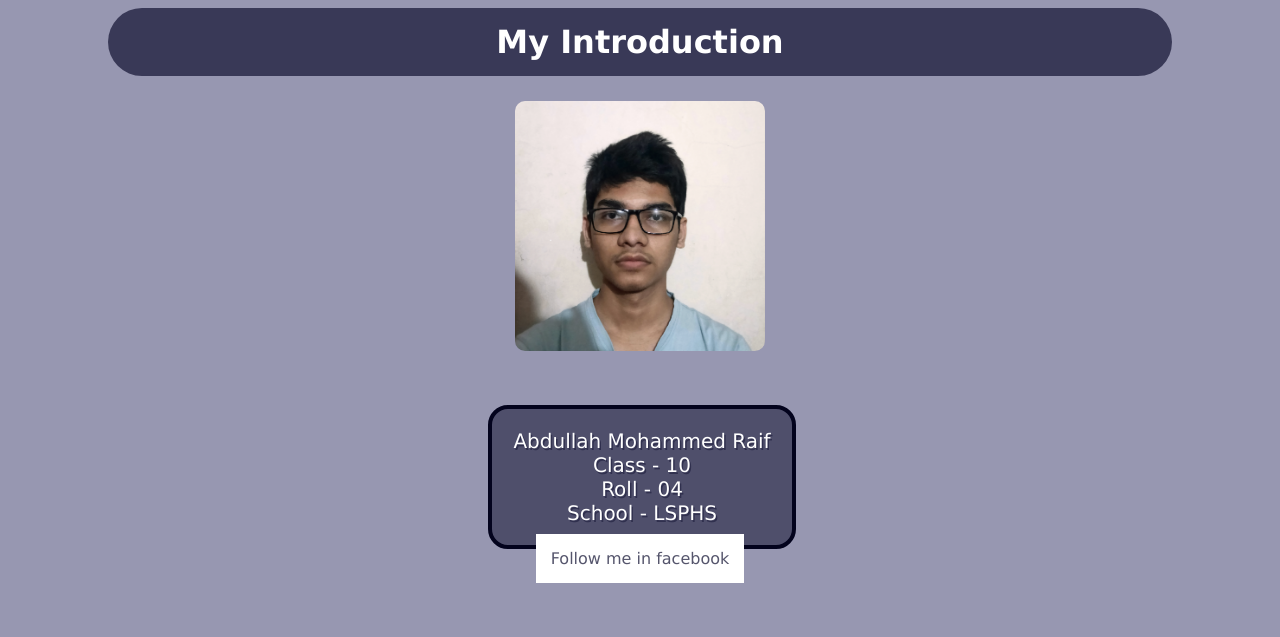
Repository: Raif-007/Portfolio
Page: index.html
An editor plug-in stored every save of this project. The page is shown before and after the next save, followed by the edit.
The browser window is 1280 px wide. The pictures show the whole page.

Above is the page before, as saved 2021-07-05 17:29:31.

After the next save:
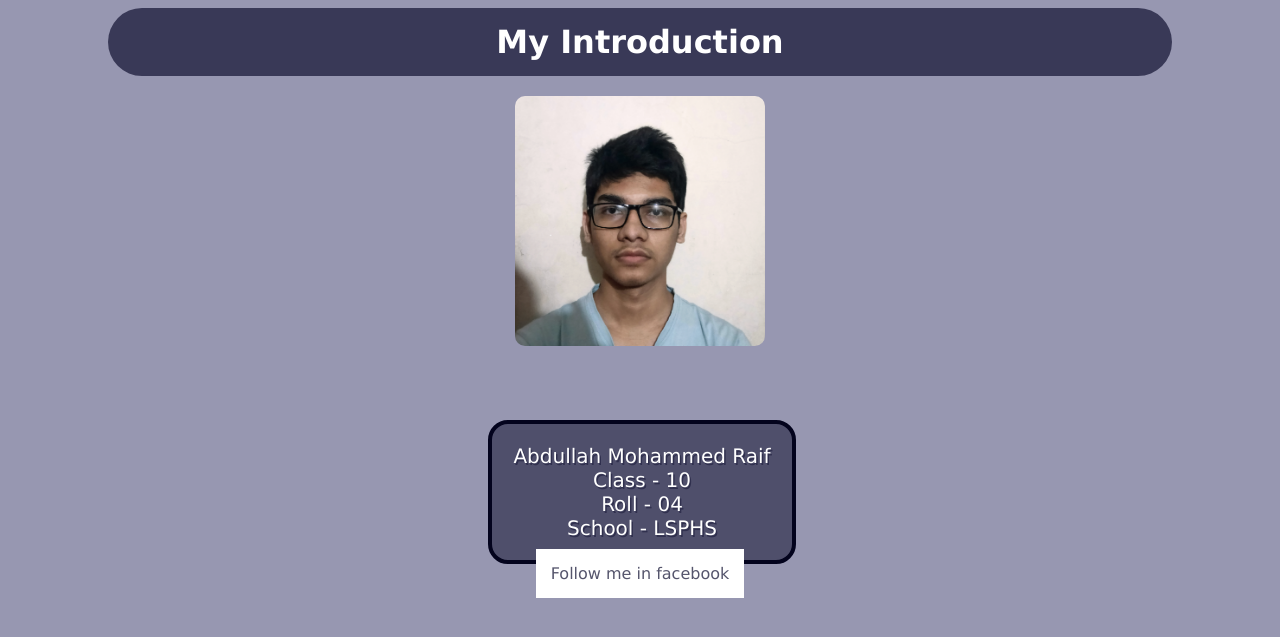
Saved 18 s later.
--- a/styles.css
+++ b/styles.css
@@ -26,7 +26,7 @@
             #i01 {
                 width: 250px;
                 height: 250px;
-                margin-top: 25px;
+                margin: 20px;
                 border-radius: 10px;
             }
 
